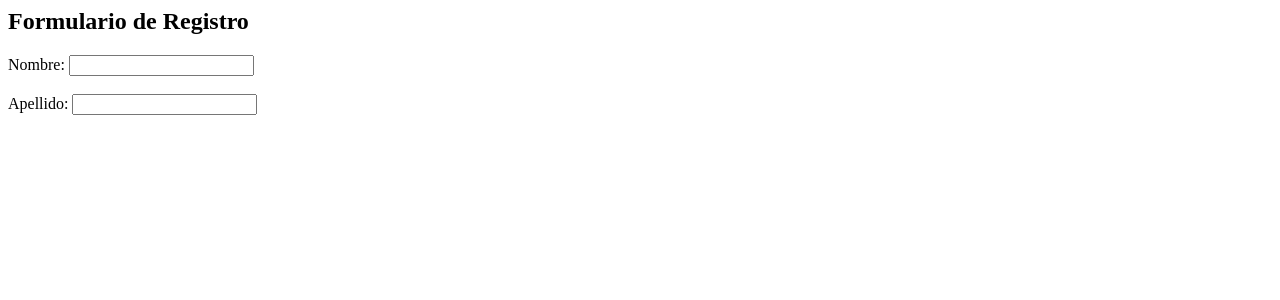
Repository: jchemile/varios
Page: pildoras_informaticas/javaee/Primeros_pasos_JSP/WebContent/Formulario-Registro.html
The author's editor kept a copy of each file at every save. The page is drawn from the files as they stood at one save, then again after the next save.
The browser window is 1280 px wide. The pictures show the whole page.

Above is the page before, as saved 2020-04-19 22:31:12.

After the next save:
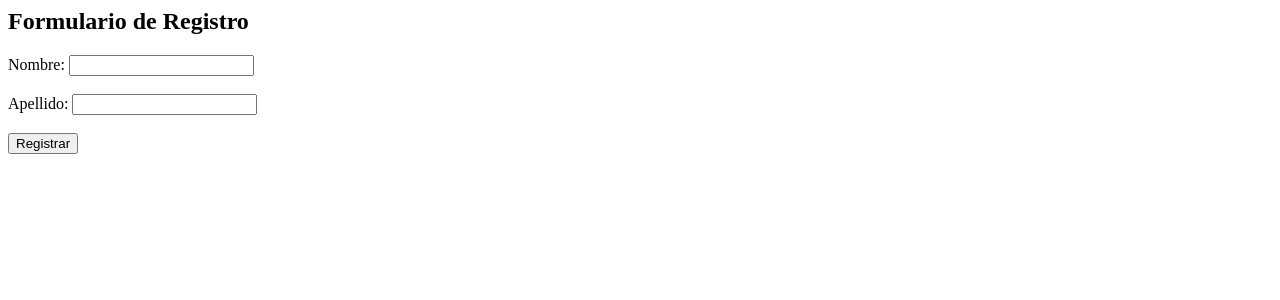
Saved 43 s later.
--- a/pildoras_informaticas/javaee/Primeros_pasos_JSP/WebContent/Formulario-Registro.html
+++ b/pildoras_informaticas/javaee/Primeros_pasos_JSP/WebContent/Formulario-Registro.html
@@ -8,6 +8,8 @@
 Nombre: <input type="text" name="nombre"> <br><br>
 Apellido: <input type="text" name="apellido"> <br><br>
 
+<input type="submit" value="Registrar">
+
 </form>
 
 </body>
